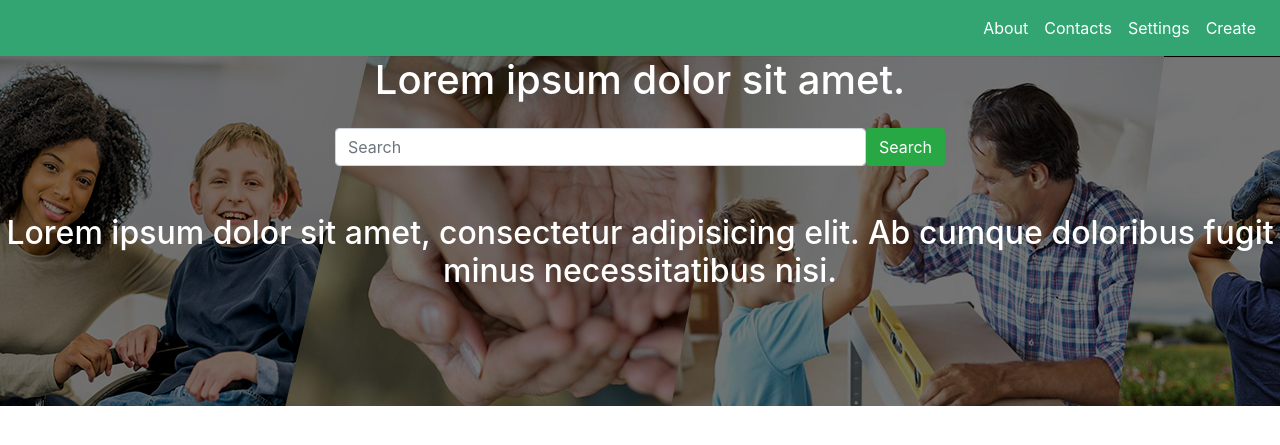
Repository: abduvali-aminov/fond
Page: http://localhost/main
The author's editor kept a copy of each file at every save. The page is drawn from the files as they stood at one save, then again after a run of saves.
The browser window is 1280 px wide. The pictures show the whole page.
The page is served by the project's Laravel application, run on PHP 8.4 with Laravel 8.

Above is the page before, as saved 2021-01-18 12:50:08.

After the next 4 saves:
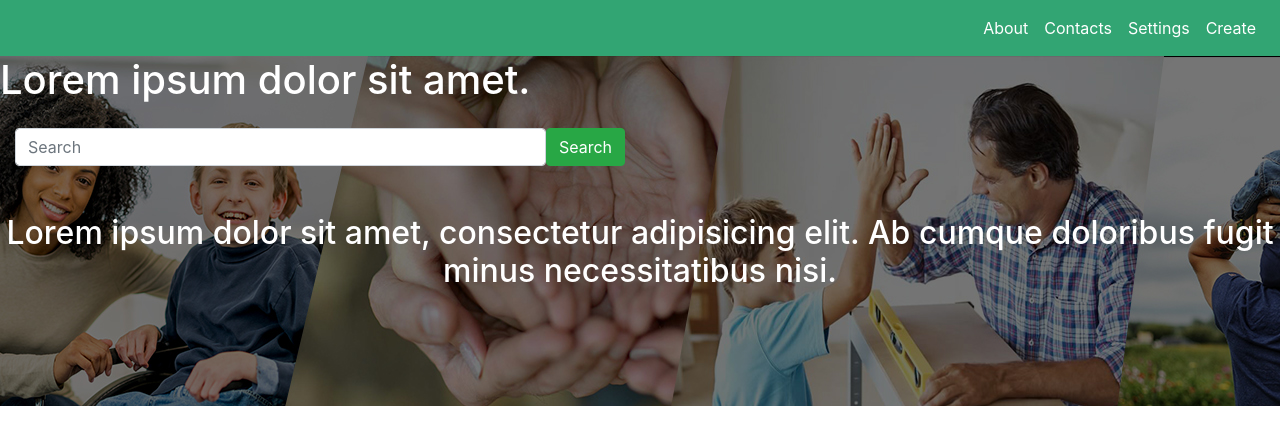
The 4 saves are shown as one change because they came seconds apart.
The last was saved 44 s later.
--- a/resources/views/main/index.blade.php
+++ b/resources/views/main/index.blade.php
@@ -2,8 +2,7 @@
 @section('content')
 
     <div  style="height: 350px;background-image:url('{{ asset('images/photo_3.jpg') }}');position:relative">
-        <center>
-            <div class="justify-content: center">
+            <div style="justify-content: center">
                 <h1 class="text-white">Lorem ipsum dolor sit amet.</h1>
                 <form class="d-flex col-6 mt-4">
                     <input class="form-control" type="search" placeholder="Search" aria-label="Search">

After the 3 saves that followed:
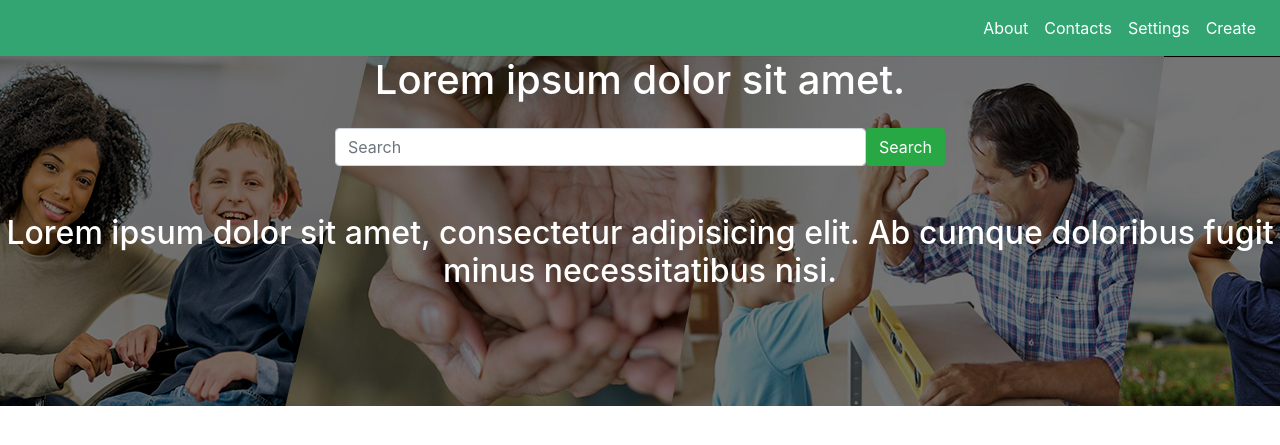
The 3 saves are shown as one change because 1 left the picture as it was and some came seconds apart.
The last was saved 28 s later.
--- a/resources/views/main/index.blade.php
+++ b/resources/views/main/index.blade.php
@@ -2,6 +2,7 @@
 @section('content')
 
     <div  style="height: 350px;background-image:url('{{ asset('images/photo_3.jpg') }}');position:relative">
+        <center>
             <div style="justify-content: center">
                 <h1 class="text-white">Lorem ipsum dolor sit amet.</h1>
                 <form class="d-flex col-6 mt-4">
